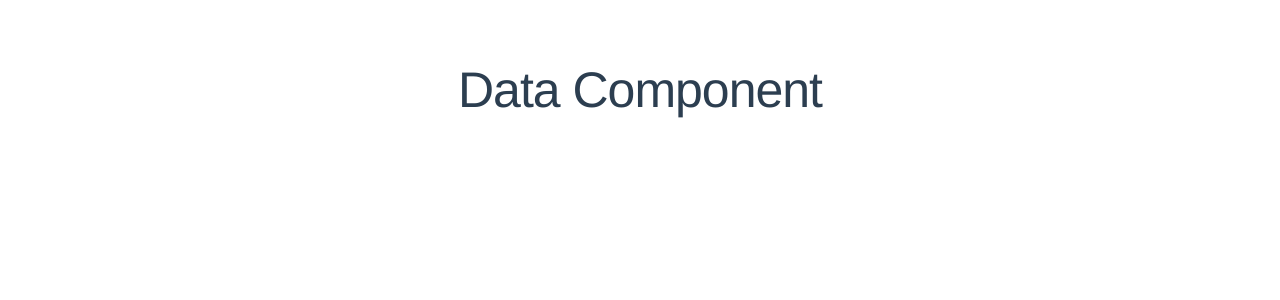
Repository: chsvk/Vue-JS-Course
Page: /
The author's editor kept a copy of each file at every save. The page is drawn from the files as they stood at one save, then again after the next save.
The browser window is 1280 px wide. The pictures show the whole page.
The project was rebuilt for these pictures with package versions that can differ from the ones it lists, and the page was loaded fresh each time.

Above is the page before, as saved 2019-03-12 21:12:13.

After the next save:
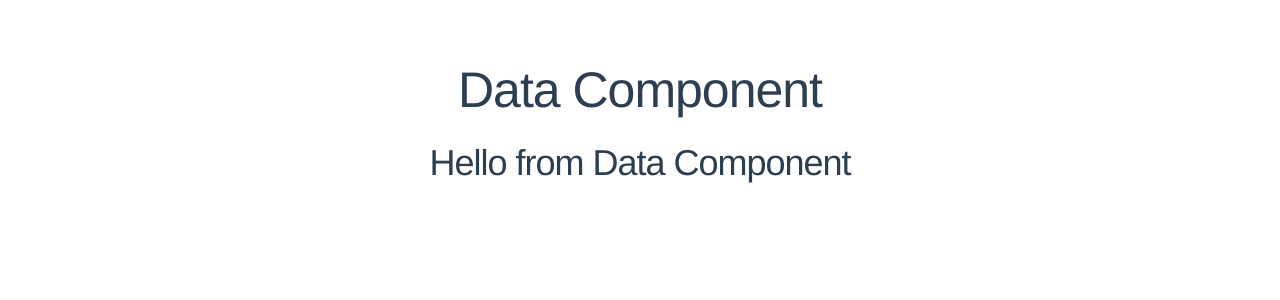
Saved 69 s later.
--- a/src/App.vue
+++ b/src/App.vue
@@ -1,6 +1,6 @@
 <template>
   <div id="app">
-    <Data />
+    <Data :message="message" />
   </div>
 </template>
 
@@ -14,6 +14,7 @@ export default {
   },
   data(){
     return{
+      message: 'Hello from Data Component'
     }
   },
 
